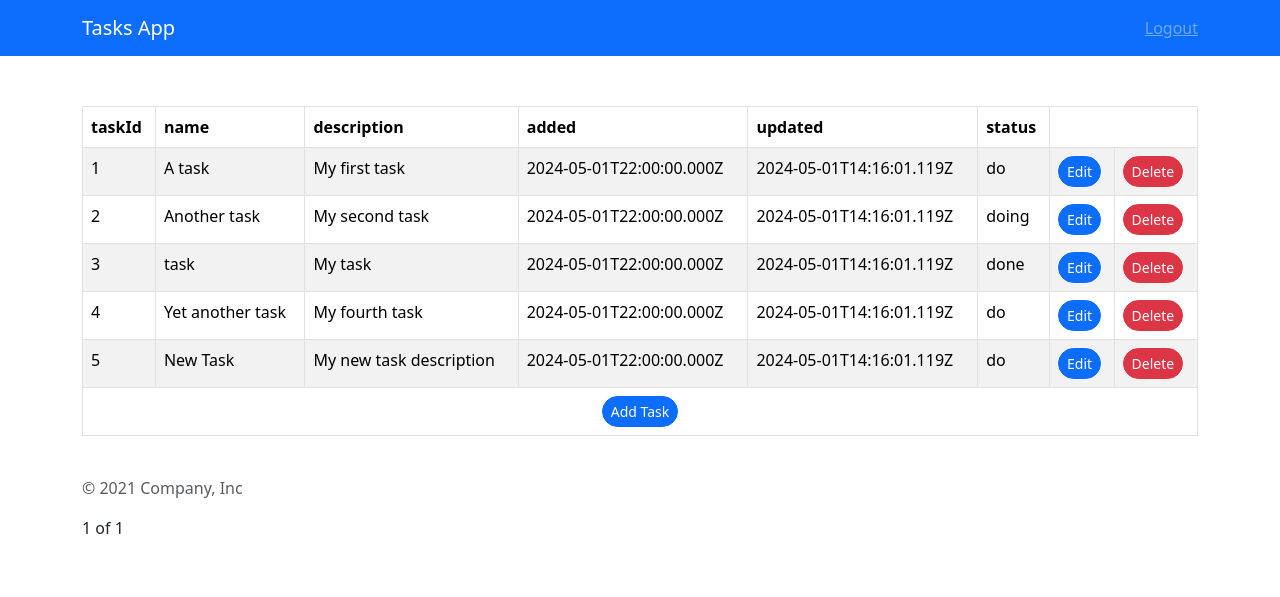
Repository: trider/react-task-manager
Page: /#/tasks
These files come from the project's save history. The page is drawn as it stood at one moment and after the next save; the edit follows.
The browser window is 1280 px wide. The pictures show the whole page.
The project was rebuilt for these pictures with package versions that can differ from the ones it lists, and the page was loaded fresh each time. Also part of the build but not shown: src/App.css, src/data/_Users.js, src/pages/Login.js.

Above is the page before, as saved 2024-05-07 17:48:56.

After the next save:
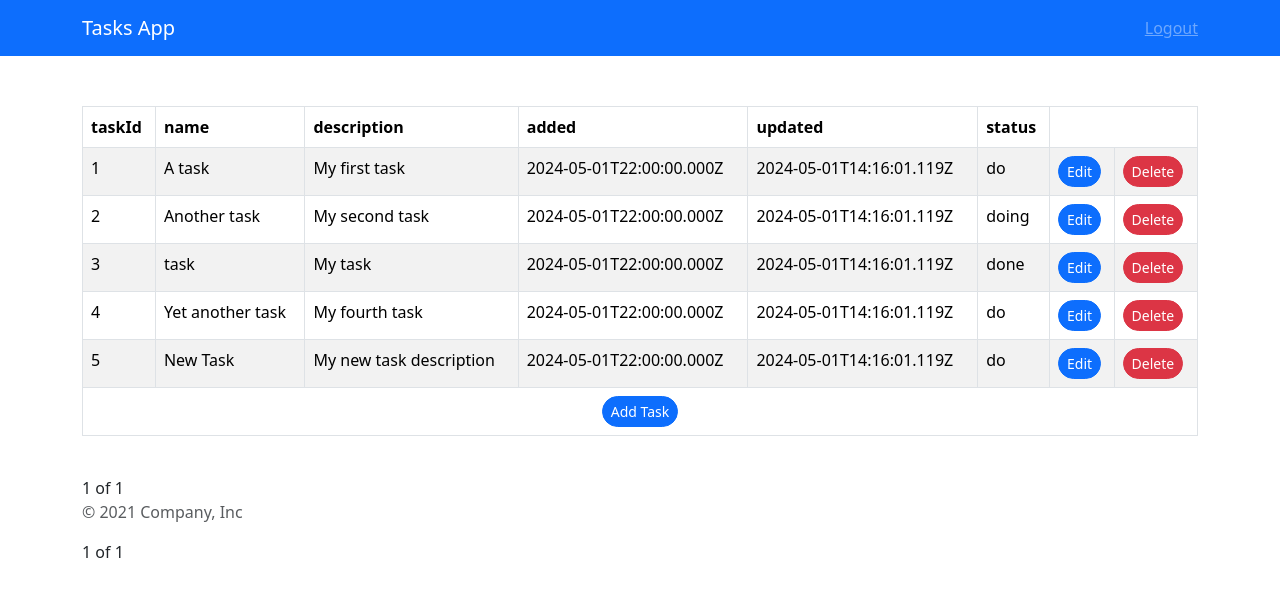
Saved 42 s later.
--- a/src/components/Footer.js
+++ b/src/components/Footer.js
@@ -4,17 +4,19 @@ import Row from 'react-bootstrap/Row';
 import Col from 'react-bootstrap/Col';
 
 const Footer = () => {
-  return (
-    <footer style={{paddingTop:'10%'}} className='class="d-flex flex-wrap justify-content-between align-items-center py-3 my-4 border-top">'>
-      <Container >
-        <p className="text-muted">© 2021 Company, Inc</p>
-        <Row>
-        <Col>1 of 1</Col>
-      </Row>
+ return (
+  <footer style={{ paddingTop: '10%' }} className='class="d-flex flex-wrap justify-content-between align-items-center py-3 my-4 border-top">'>
+   <Container >
 
-      </Container>
-    </footer>
-  );
+    <Row>
+    <Col>1 of 1</Col>
+    <p className="text-muted">© 2021 Company, Inc</p>
+     <Col>1 of 1</Col>
+    </Row>
+
+   </Container>
+  </footer>
+ );
 }
 
 export default Footer;
